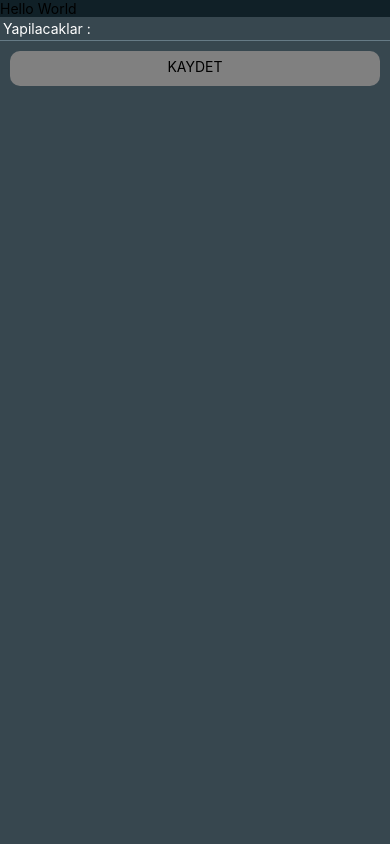
Repository: dumankedi/ToDo
Screen: /
An editor plug-in stored every save of this project. The screen is shown before and after the next save, followed by the edit.
The app was drawn by React Native's web renderer in a window 390 px wide. The project was rebuilt for these pictures with package versions that can differ from the ones it lists, and the page was loaded fresh each time.

Above is the screen before, as saved 2023-03-06 13:33:41.

### src/App.tsx
import React, {useState} from 'react';
import {View, SafeAreaView, Text, StyleSheet} from 'react-native';
import SaveToDo from './components/SaveToDo';

function App() {
  return (
    <SafeAreaView style={styles.container}>
      <View style={styles.container}>
        <Text>Hello World</Text>
        <SaveToDo />
      </View>
    </SafeAreaView>
  );
}

const styles = StyleSheet.create({
  container: {
    flex: 1,
    backgroundColor: '#102027',
  },
});

export default App;

### src/components/SaveToDo/index.js
/* eslint-disable prettier/prettier */
export {default} from './SaveToDo';

### src/components/SaveToDo/SaveToDo.js
/* eslint-disable prettier/prettier */
import React from 'react';
import {TextInput, View, Text, TouchableOpacity} from 'react-native';
import styles from './SaveToDo.style';

const SaveToDo = props => {

  return (
    <View style={styles.container}>
      <TextInput
        style={props.text > 0 ? styles.textInput : styles.textInput1}
        placeholder={'Yapilacaklar : '}
        value={props.text}
        onChangeText={props.saveText}
      />
       <TouchableOpacity style={props.text > 0 ? styles.btn1 : styles.btn}
          onPress={props.setUpdate}>
          <Text>KAYDET</Text>
        </TouchableOpacity>
    </View>
  );
};

export default SaveToDo;

### src/components/SaveToDo/SaveToDo.style.js
/* eslint-disable prettier/prettier */
import { StyleSheet } from 'react-native';

export default StyleSheet.create({
  container: {
    flex: 1,
    backgroundColor: '#37474F',
  },
  textInput: {
        borderBottomWidth:1,
        borderBottomColor:'#667b86',
        padding:3,
        color:'#808080',
    },
    textInput1: {
        borderBottomWidth:1,
        borderBottomColor:'#667b86',
        padding:3,
        color:'white',
    },
    btn:{
        height:35,
        margin:(0,10,0,10),
        alignItems:'center',
        padding:7,
        borderRadius:10,
        backgroundColor:'#808080',
    },
    btn1:{
        height:35,
        margin:(0,10,0,10),
        alignItems:'center',
        padding:7,
        borderRadius:10,
        backgroundColor:'#ffa500',
    },
});

Loaded but not shown: index.js (common file); app.json (common file)

After the next save:
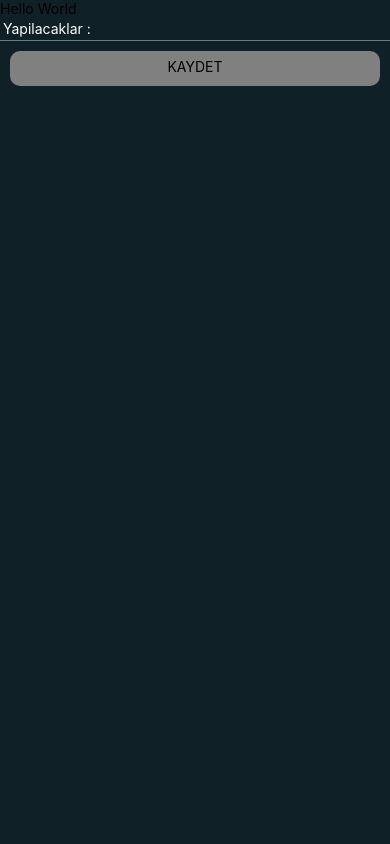
Saved 31 s later.
--- a/src/components/SaveToDo/SaveToDo.style.js
+++ b/src/components/SaveToDo/SaveToDo.style.js
@@ -4,7 +4,7 @@ import { StyleSheet } from 'react-native';
 export default StyleSheet.create({
   container: {
     flex: 1,
-    backgroundColor: '#37474F',
+
   },
   textInput: {
         borderBottomWidth:1,
